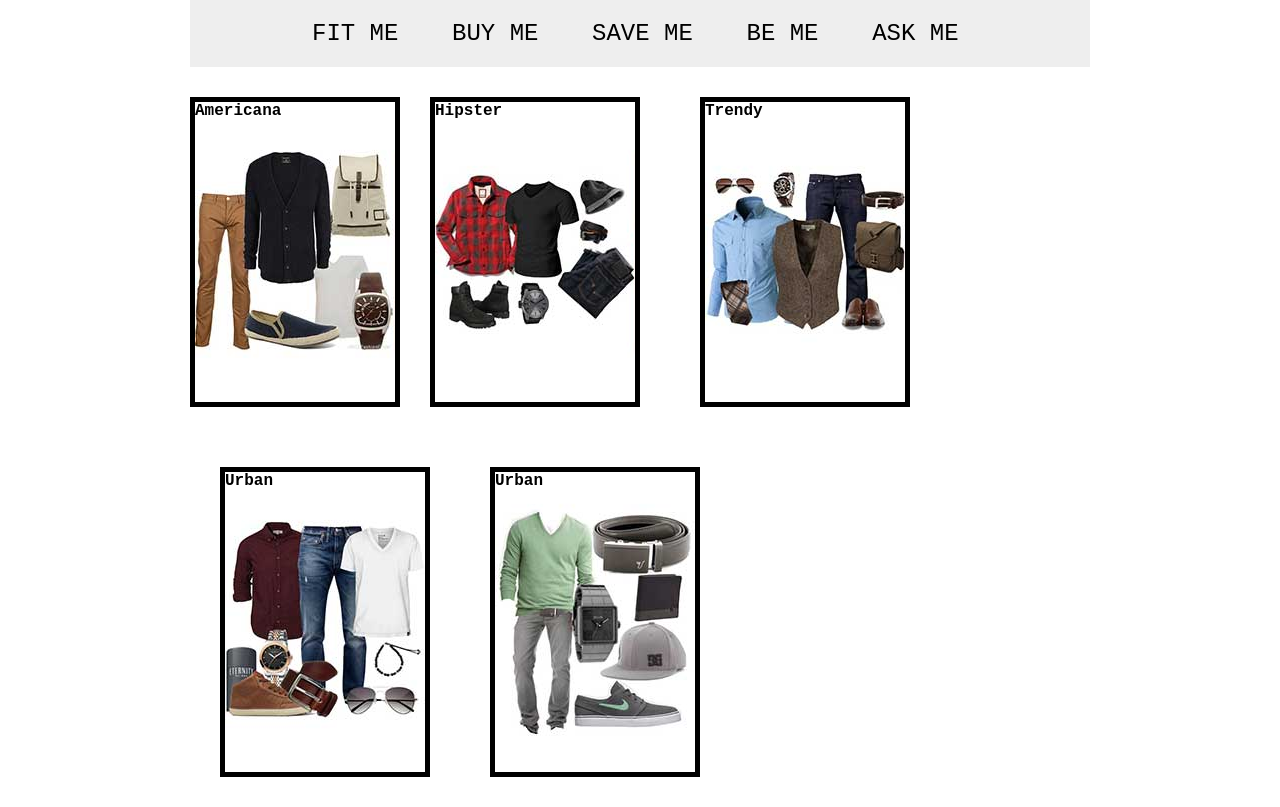
Repository: kesquili/kesquili.github.io
Page: fitin/saveme.html
The author's editor kept a record of every edit. The page is drawn from the files as they stood at one moment, then again after the next edit.
The browser window is 1280 px wide. The pictures show the whole page.

Above is the page before.

### fitin/saveme.html
<!doctype html>
<html>
<head>
<meta charset="UTF-8">
<title>FitIn</title>
<link href="styles.css" rel="stylesheet" type="text/css">
</head>

<body>
 <div class="wrapper">
  <nav>
      <ul>
         <li><a href="fitme.html">FIT ME</a></li>
         <li><a href="buyme_americana.html">BUY ME</a></li>
         <li><a href="saveme.html">SAVE ME</a></li>
         <li><a href="beme.html">BE ME</a></li>
         <li><a href="askme.html">ASK ME</a></li>
      </ul>
  </nav>
   <div class="closet">
       <h4 id="closet1">Americana</h4>
       <h4 id="closet2">Hipster</h4>
       <h4 id="closet3">Trendy</h4>
       <h4 id="closet4">Urban</h4>
       <h4 id="closet5">Urban</h4>
   </div>
</div>
</body>
</html>

### fitin/styles.css
@charset "UTF-8";
/* CSS Document */

body {
font: 14px;
font-style: bold;
font-family: "Courier New", Courier;
margin: 0;
padding: 0;
}

.wrapper {
	width: 900px;
	margin: 0 auto;
	background-color: #eee;
	height: 100%;
}
nav {
    width: 700px;
    margin: 0 auto;
    padding: 20px;
}
nav a{
    color: black;
    text-decoration: none;
    font-size: 24px;
    margin: 10px 20px;
    border: 2px solid transparent;
}
nav a:hover {
	color: #9C0310;
	border: 2px dotted #9C0310;
}

ul{
    list-style-type: none;
    margin: 0;
    padding: 0;
}

li{
    display: inline;
}

.form{
    margin: 0 auto;
}

.form h4{
    font-size: 20px;
}

.text {
	position: relative;
	top: 10px;
	left: 10px;
}

.results a{
	text-decoration: none;
	color: black;
}

.results h4:hover {
	background-position: 0px auto;
	background-position: 200px 0%;
}
.results #hipster1{
	border: 5px;
	border-color: black;
	border-style: solid;
	margin: 30px;
	width: 200px;
	height: 300px;
	float: left;
	background-image: url(Images/hipstersprite1.jpg);
}
.results #hipster2{
	border: 5px;
	border-color: black;
	border-style: solid;
	margin: 30px;
	width: 200px;
	height: 300px;
	float: left;
	background-image: url(Images/hipstersprite2.jpg);
}
.results #hipster3{
	border: 5px;
	border-color: black;
	border-style: solid;
	margin: 30px;
	width: 200px;
	height: 300px;
	float: left;
	background-image: url(Images/hipstersprite3.jpg);
}

.breakdown #hipster {
	border: 5px solid #060606;
	width: 800px;
	height: 200px;
	margin: 30px;
	background-image: url(Images/hipsterbreakdown1.jpg);
}
.breakdown #hipster:hover {
	background-image: url(Images/hipsterbreakdown2.jpg);
}


.results #urban1{
	border: 5px;
	border-color: black;
	border-style: solid;
	margin: 30px;
	width: 200px;
	height: 300px;
	float: left;
	background-image: url(Images/urbansprite1.jpg);
}
.results #urban2{
	border: 5px;
	border-color: black;
	border-style: solid;
	margin: 30px;
	width: 200px;
	height: 300px;
	float: left;
	background-image: url(Images/urbansprite2.jpg);
}
.results #urban3{
	border: 5px;
	border-color: black;
	border-style: solid;
	margin: 30px;
	width: 200px;
	height: 300px;
	float: left;
	background-image: url(Images/urbansprite3.jpg);
}

.breakdown #urban {
	background-image: url(Images/urbanbreakdown1.jpg);
	width: 800px;
	height: 200px;
}
.breakdown #urban:hover  {
	background-image: url(Images/urbanbreakdown2.jpg);
}

.results #americana3{
	border: 5px;
	border-color: black;
	border-style: solid;
	margin: 30px;
	width: 200px;
	height: 300px;
	float: left;
	background-image: url(Images/americanasprite3.jpg);
}
.results #americana2{
	border: 5px;
	border-color: black;
	border-style: solid;
	margin: 30px;
	width: 200px;
	height: 300px;
	float: left;
	background-image: url(Images/americanasprite2.jpg);
}
.results #americana1{
	border: 5px;
	border-color: black;
	border-style: solid;
	margin: 30px;
	width: 200px;
	height: 300px;
	float: left;
	background-image: url(Images/americanasprite1.jpg);
}

.breakdown #americana{
	width: 800px;
	height: 200px;
	border: 5px;
	border-color: black;
	border-style: solid;
	float: left;
	background-image: url(Images/americanabreakdown1.jpg);
}
.breakdown #americana:hover {
	background-image: url(Images/americanabreakdown2.jpg);
}

.breakdown h4{
	border: 5px;
	border-color: black;
	border-style: solid;
	float: left;
	position: relative;
	display: none;
}

.sideimage {
	border: 10px solid black;
	width: 300px;
	height: 460px;
	float: left;
	margin-right: 12px;
	background-image: url(Images/Ask-Me.jpg);
}

.signup{
    margin-left: 20px;
    float: left;
}

.sell{
    display: block;
    float: left;
    max-width: 500px;
    min-width: 400px;
}

h6{
    font-size: 12px;
    font-family: Helvetica, sans-serif;
    padding: 0;
    display: inline-block;
    width: 120px;
    text-align: right;
    margin: 5px 0;
}

input {
    background-color: red;
    color: white;
    border: none;
    outline: none;
}

.closet {
	margin-left: auto;
	margin-right: auto;
	display: block;
	position: relative;
	/* [disabled]clear: both; */
}
.closet h4{
	border: 5px;
	border-color: black;
	border-style: solid;
	margin-top: 30px;
	margin-right: 30px;
	margin-left: 30px;
	margin-bottom: 30px;
	width: 200px;
	height: 300px;
	float: left;
}
.closet #closet1 {
	margin-left: auto;
	margin-right: auto;
	display: block;
	position: relative;
	/* [disabled]clear: both; */
	background-image: url(Images/americanasprite3.jpg);
}
.closet #closet2 {
	margin-left: 30px;
	margin-right: 30px;
	display: block;
	position: relative;
	/* [disabled]clear: both; */
	background-image: url(Images/hipstersprite3.jpg);
}
.closet #closet3 {
	margin-left: 30px;
	margin-right: 30px;
	display: block;
	position: relative;
	/* [disabled]clear: both; */
	background-image: url(Images/closet3.jpg);
}
.closet #closet4 {
	margin-left: 30px;
	margin-right: 30px;
	display: block;
	position: relative;
	/* [disabled]clear: both; */
	background-image: url(Images/closet4.jpg);
}
.closet #closet5 {
	margin-left: 30px;
	margin-right: 30px;
	display: block;
	position: relative;
	/* [disabled]clear: both; */
	background-image: url(Images/closet5.jpg);
}

.form form a {
	text-decoration: none;
	color: #9C0310;
	font-family: Courier New, Courier;
	font-weight: bold;
}

After the next edit:
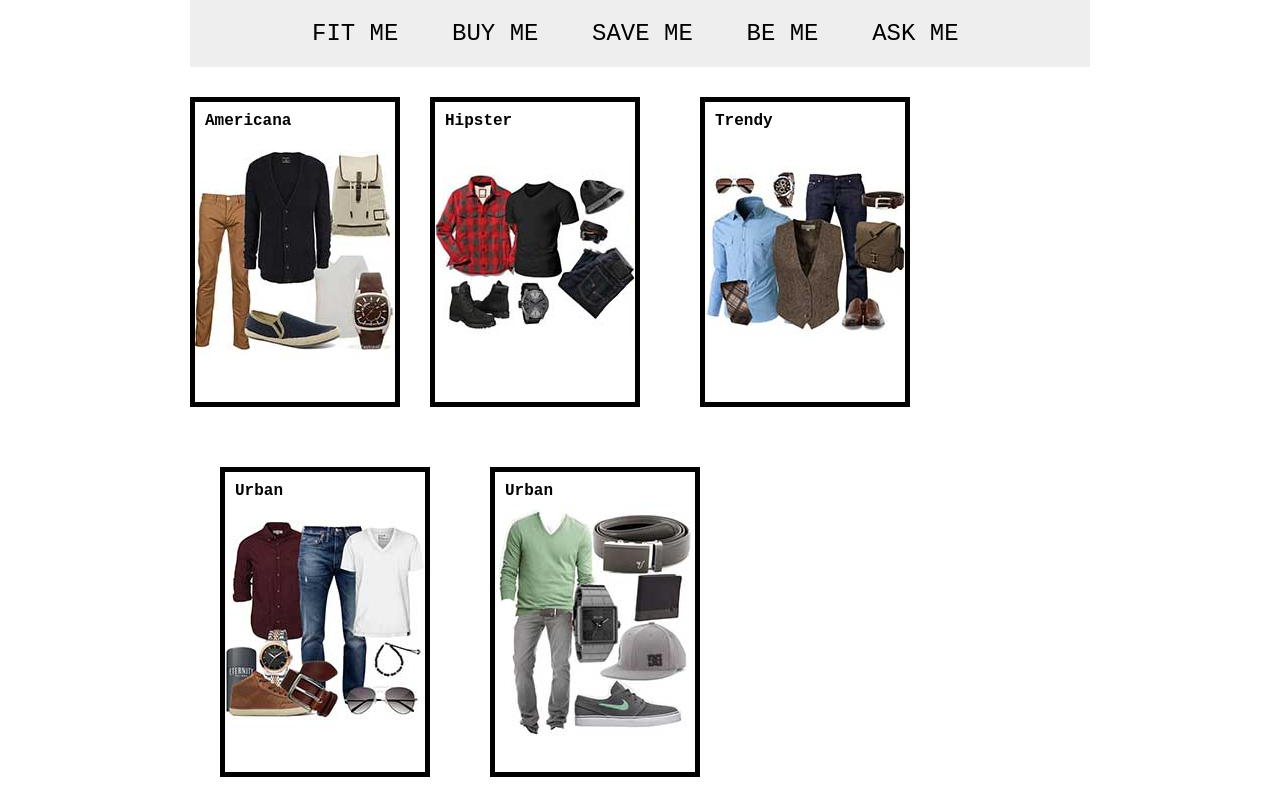
The edit:
--- a/fitin/saveme.html
+++ b/fitin/saveme.html
@@ -18,11 +18,11 @@
       </ul>
   </nav>
    <div class="closet">
-       <h4 id="closet1">Americana</h4>
-       <h4 id="closet2">Hipster</h4>
-       <h4 id="closet3">Trendy</h4>
-       <h4 id="closet4">Urban</h4>
-       <h4 id="closet5">Urban</h4>
+       <h4 id="closet1"><div class="text">Americana</h4>
+       <h4 id="closet2"><div class="text">Hipster</h4>
+       <h4 id="closet3"><div class="text">Trendy</h4>
+       <h4 id="closet4"><div class="text">Urban</h4>
+       <h4 id="closet5"><div class="text">Urban</h4>
    </div>
 </div>
 </body>
